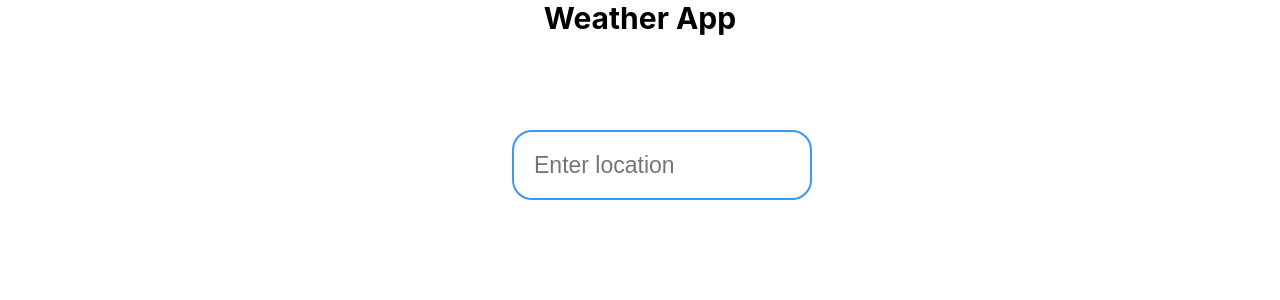
Repository: RenataDzotova/WeatherForecast
Page: /
These files come from the project's save history. The page is drawn as it stood at one moment and after the next save; the edit follows.
The browser window is 1280 px wide. The pictures show the whole page.
The project was rebuilt for these pictures with package versions that can differ from the ones it lists, and the page was loaded fresh each time. The framework's server and built-in components were replaced by stand-ins that run in the browser. Also part of the build but not shown: next.config.js, styles/Home.module.css.

Above is the page before, as saved 2023-01-19 14:09:20.

After the next save:
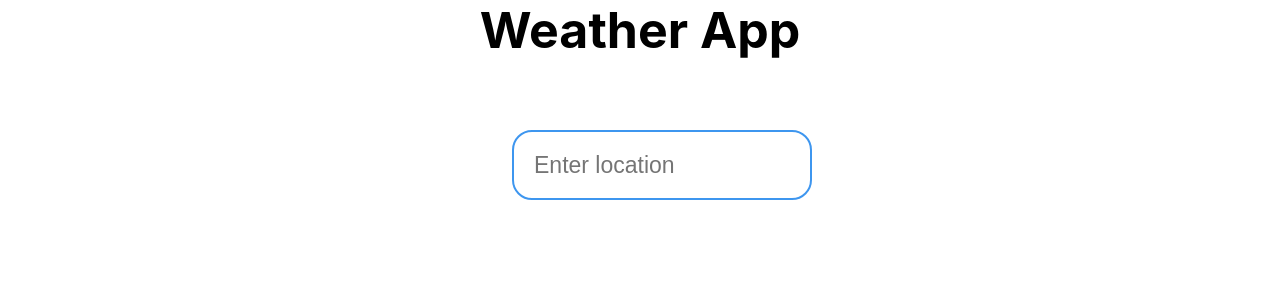
Saved 19 s later.
--- a/pages/index.js
+++ b/pages/index.js
@@ -54,7 +54,7 @@ export default function Home() {
       <main>
         {errorMessage}
         <FlexBox>
-          <Text fontSize="30px" fontWeight="bold">
+          <Text fontSize="50px" fontWeight="bold">
           Weather App
           </Text>
         </FlexBox>
